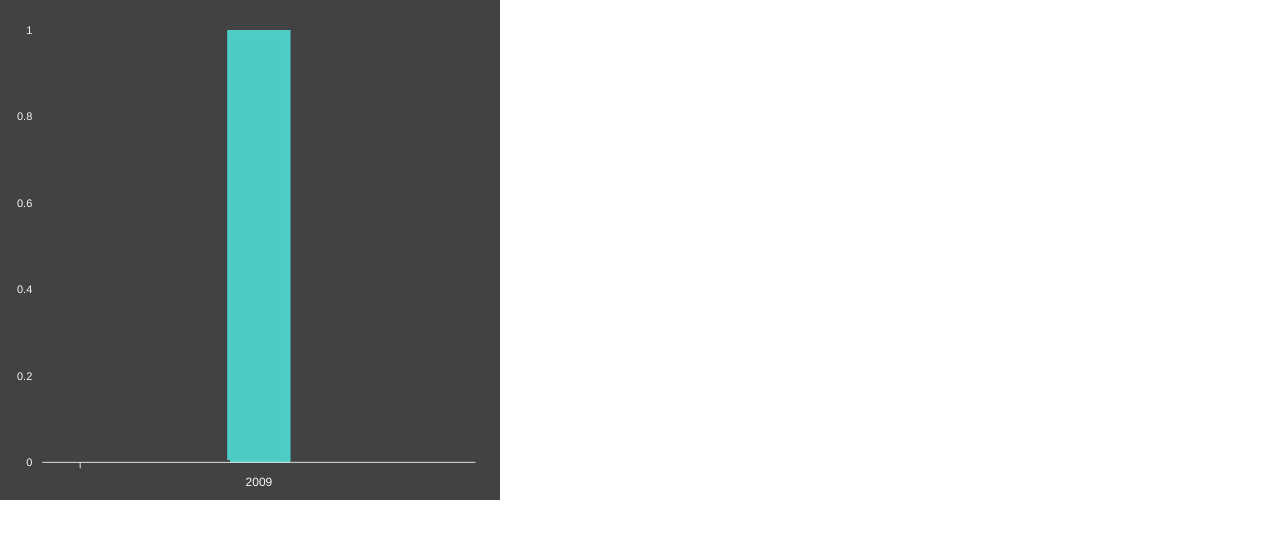
Repository: wanted-pre-onboarding-internship-1team/pre-onboarding-9th-3-1
Page: /
An editor plug-in stored every save of this project. The page is shown before and after the next save, followed by the edit.
The browser window is 1280 px wide. The pictures show the whole page.
The project was rebuilt for these pictures with package versions that can differ from the ones it lists, and the page was loaded fresh each time.

Above is the page before, as saved 2023-03-15 00:49:35.

After the next save:
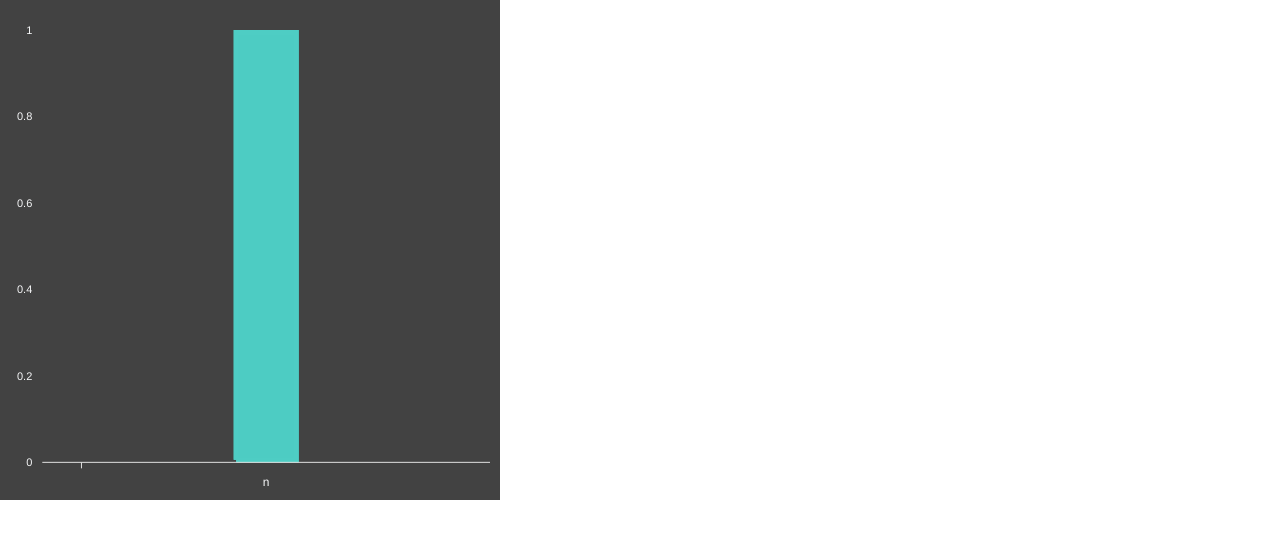
Saved 28 s later.
--- a/src/pages/Mainpage.tsx
+++ b/src/pages/Mainpage.tsx
@@ -42,7 +42,7 @@ export default function Mainpage() {
             width: 5,
           },
           xaxis: {
-            categories: [2009, 2010, 2011, 2012],
+            categories: 'numeric',
           },
         }}
       />
